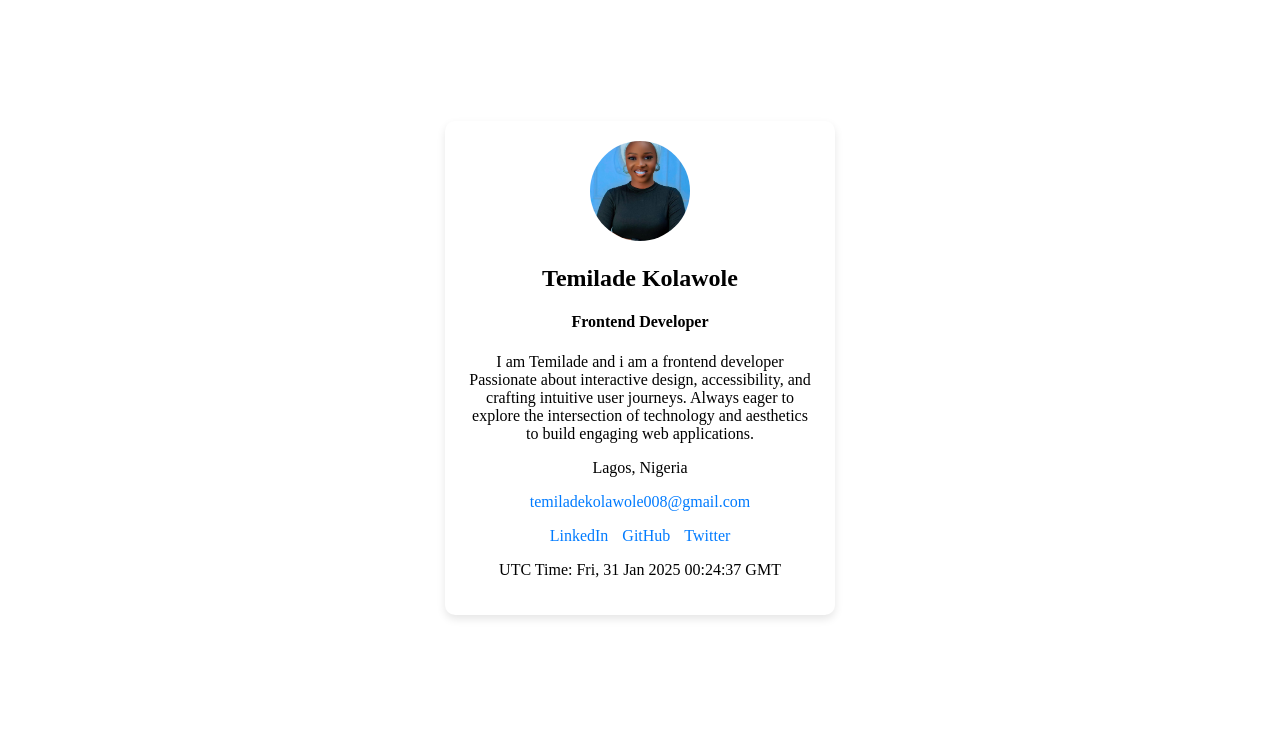
Repository: KolawoleTemilade/ticket-guarantor
Page: profilecard/index..html
An editor plug-in stored every save of this project. The page is shown before and after the next save, followed by the edit.
The browser window is 1280 px wide. The pictures show the whole page.

Above is the page before, as saved 2025-02-04 16:48:38.

### profilecard/index..html
<!DOCTYPE html>
<html lang="en">
<head>
    <meta charset="UTF-8">
    <meta name="viewport" content="width=device-width, initial-scale=1.0">
    <title>Profile Card</title>
    <link rel="stylesheet" href="style.css">
    </head>
<body>
    <section class="card">
        <div class="background" style="background-image: url("./asset/bgo.svg");">
        <img src="./asset/profile.jpg" alt="Profile Picture" data-testid="profilePicture">
        <h2 data-testid="fullName">Temilade Kolawole</h2>
    </div>
        <h4 data-testid="jobTitle">Frontend Developer</h4>
        <p data-testid="shortBio"> I am Temilade and i am a frontend developer Passionate about interactive design, accessibility, and crafting intuitive user journeys. Always eager to explore the intersection of technology and aesthetics to build engaging web applications.</p>
        <p data-testid="currentLocation">Lagos, Nigeria</p>
        <p data-testid="emailAddress"><a href="mailto:temiladekolawole008@gmail.com" target="_blank">temiladekolawole008@gmail.com</a></p>
        <div class="social-links" data-testid="socialLinks">
            <a href="https://linkedin.com/in/temiladekolawole13" target="_blank">LinkedIn</a>
            <a href="https://github.com/kolawoleTemilade" target="_blank">GitHub</a>
            <a href="https://twitter.com/temmie415" target="_blank">Twitter</a>
        </div>
        <p data-testid="currentTimeUTC" id="utcTime"></p>
    </section>

    <script>
        function updateTime() {
            const utcTime = new Date().toUTCString();
            document.getElementById('utcTime').textContent = `UTC Time: ${utcTime}`;
        }
        updateTime();
    </script>
</body>
</html>

### profilecard/style.css
body {
display: flex;
align-items: center;
justify-content: center;
height: 100vh;

}
.card {
  background: #fff;
  padding: 20px;
  border-radius: 10px;
  box-shadow: 0 4px 8px rgba(0, 0, 0, 0.1);
  text-align: center;
  max-width: 350px;
  width: 100%;
}
img {
  width: 100px;
  height: 100px;
  border-radius: 50%;
  object-fit: cover;
}
a {
  margin: 0 5px;
  text-decoration: none;
  color: #007bff;
}

After the next save:
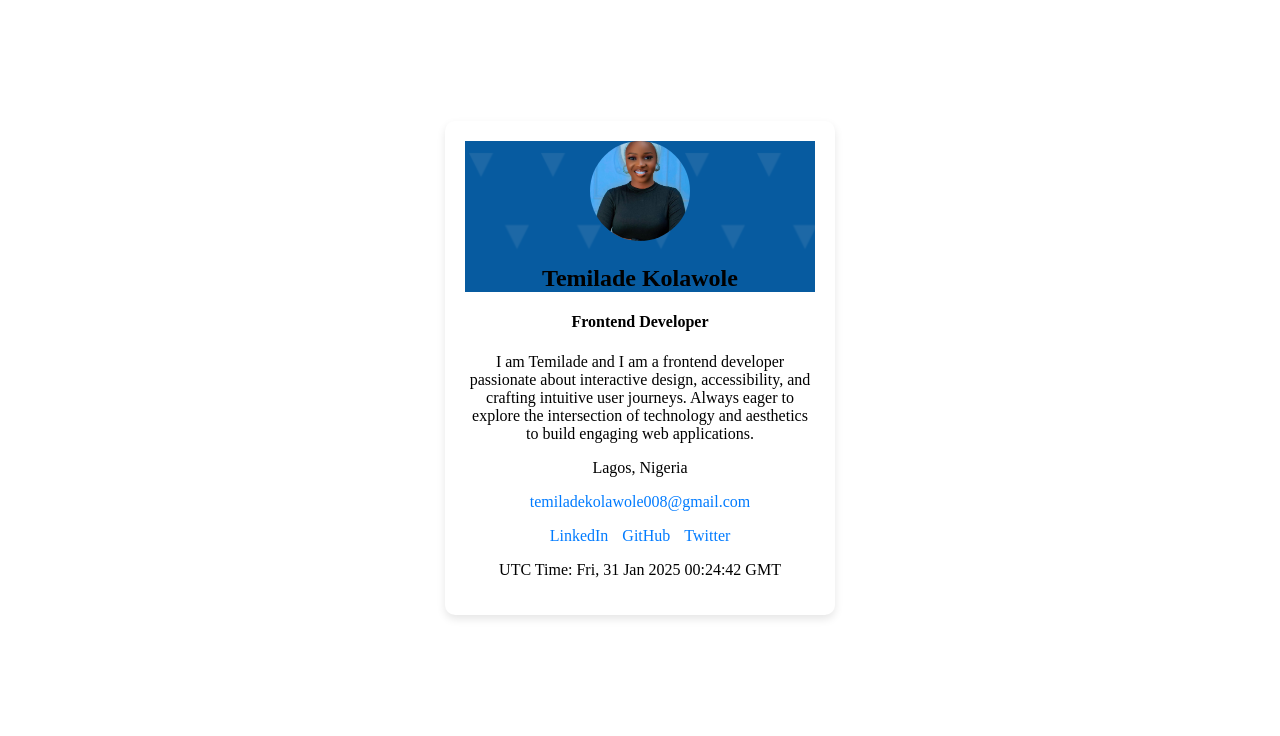
Saved 9 min 3 s later.
--- a/profilecard/index..html
+++ b/profilecard/index..html
@@ -5,17 +5,25 @@
     <meta name="viewport" content="width=device-width, initial-scale=1.0">
     <title>Profile Card</title>
     <link rel="stylesheet" href="style.css">
-    </head>
+</head>
 <body>
     <section class="card">
-        <div class="background" style="background-image: url("./asset/bgo.svg");">
-        <img src="./asset/profile.jpg" alt="Profile Picture" data-testid="profilePicture">
-        <h2 data-testid="fullName">Temilade Kolawole</h2>
-    </div>
+        <div class="background" style="background-image: url('./asset/bgo.svg');">
+            <img src="./asset/profile.jpg" alt="Profile Picture" data-testid="profilePicture">
+            <h2 data-testid="fullName">Temilade Kolawole</h2>
+        </div>
         <h4 data-testid="jobTitle">Frontend Developer</h4>
-        <p data-testid="shortBio"> I am Temilade and i am a frontend developer Passionate about interactive design, accessibility, and crafting intuitive user journeys. Always eager to explore the intersection of technology and aesthetics to build engaging web applications.</p>
+        <p data-testid="shortBio">
+            I am Temilade and I am a frontend developer passionate about interactive design,
+            accessibility, and crafting intuitive user journeys. Always eager to explore
+            the intersection of technology and aesthetics to build engaging web applications.
+        </p>
         <p data-testid="currentLocation">Lagos, Nigeria</p>
-        <p data-testid="emailAddress"><a href="mailto:temiladekolawole008@gmail.com" target="_blank">temiladekolawole008@gmail.com</a></p>
+        <p data-testid="emailAddress">
+            <a href="mailto:temiladekolawole008@gmail.com" target="_blank">
+                temiladekolawole008@gmail.com
+            </a>
+        </p>
         <div class="social-links" data-testid="socialLinks">
             <a href="https://linkedin.com/in/temiladekolawole13" target="_blank">LinkedIn</a>
             <a href="https://github.com/kolawoleTemilade" target="_blank">GitHub</a>
@@ -25,11 +33,15 @@
     </section>
 
     <script>
+        // Update UTC time every second
         function updateTime() {
             const utcTime = new Date().toUTCString();
             document.getElementById('utcTime').textContent = `UTC Time: ${utcTime}`;
         }
+
+        // Initial call and set interval
         updateTime();
+        setInterval(updateTime, 1000);
     </script>
 </body>
 </html>
